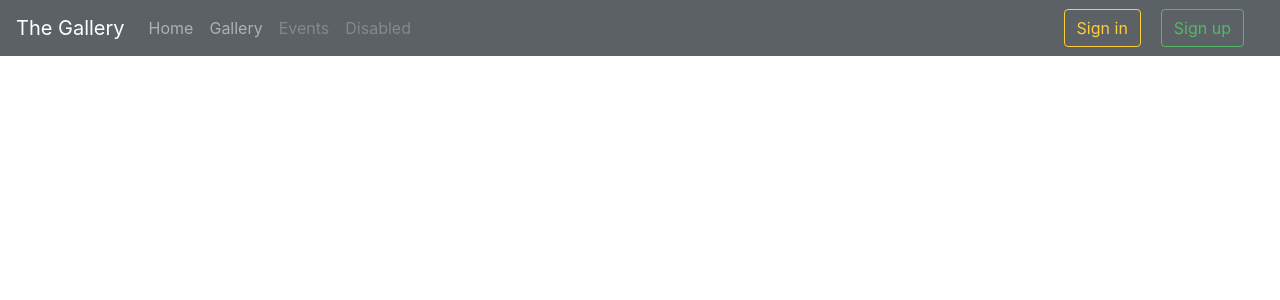
Repository: caramelsyrup/SpringProject1
Page: http://localhost/gallery/resources/includes/header.jsp
An editor plug-in stored every save of this project. The page is shown before and after the next save, followed by the edit.
The browser window is 1280 px wide. The pictures show the whole page.
The page is served by Tomcat 9. Nobody is signed in. The application's start-up code is not run. Other server files are loaded and not shown.

Above is the page before, as saved 2020-11-21 01:47:10.

### gallery/src/main/webapp/resources/includes/header.jsp
<%@ taglib prefix="c" uri="http://java.sun.com/jsp/jstl/core" %>
<!DOCTYPE html>
<html>
<head>
<meta charset="UTF-8">
    <meta charset="utf-8">
    <meta name="viewport" content="width=device-width, initial-scale=1, shrink-to-fit=no">
    <meta name="description" content="">
    <meta name="author" content="Mark Otto, Jacob Thornton, and Bootstrap contributors">
    <meta name="generator" content="Jekyll v4.1.1">
<script src="https://code.jquery.com/jquery-3.5.1.js" integrity="sha256-QWo7LDvxbWT2tbbQ97B53yJnYU3WhH/C8ycbRAkjPDc=" crossorigin="anonymous"></script>
<!-- Latest compiled and minified CSS -->
<link rel="stylesheet" href="https://stackpath.bootstrapcdn.com/bootstrap/4.5.2/css/bootstrap.min.css">
<!-- Latest compiled JavaScript -->
<script src="https://stackpath.bootstrapcdn.com/bootstrap/4.5.2/js/bootstrap.min.js"></script>
</head>
<!-- 최상단 -->
<body class="d-flex flex-column h-100">
    <header>
  <!-- Fixed navbar -->
  <nav class="navbar navbar-expand-md navbar-dark fixed-top bg-dark" style="opacity: 0.8;">
    <a class="navbar-brand" href="/">The Gallery</a>
    <button class="navbar-toggler" type="button" data-toggle="collapse" data-target="#navbarCollapse" aria-controls="navbarCollapse" aria-expanded="false" aria-label="Toggle navigation">
      <span class="navbar-toggler-icon"></span>
    </button>
    <div class="collapse navbar-collapse" id="navbarCollapse">
      <ul class="navbar-nav mr-auto">
        <li class="nav-item">
          <a class="nav-link" href="/">Home <!-- <span class="sr-only">(current)</span> --> </a>
        </li>
        <li class="nav-item">
          <a class="nav-link" href="/gallery/list">Gallery</a>
        </li>
        <c:choose>
	        <c:when test="${member.auth==0}">
	        	<li class="nav-item">
		          <a class="nav-link" href="/events/elist">Events</a>
		        </li>
	        </c:when>
			<c:otherwise>
				<li class="nav-item">
		          <a class="nav-link disabled" href="/events/elist"  aria-disabled="true">Events</a>
		        </li>
			</c:otherwise>
        </c:choose>
        <li class="nav-item">
	        <c:if test="${member.auth==0}">
	          <a class="nav-link" href="/member/memberInfo/${member.username}">Info</a>
	        </c:if>
        </li>
        <li class="nav-item">
          <a class="nav-link disabled" href="#" tabindex="-1" aria-disabled="true">Disabled</a>
        </li>
      </ul>
       <c:choose>
       	<c:when test="${empty member.username}">
       		<a class="btn btn-outline-warning my-2 my-sm-0" href="/member/createMember" style="margin-right: 20px">Sign in</a>
      		<a class="btn btn-outline-success my-2 my-sm-0" href="/customLogin" style="margin-right: 20px">Sign up</a>
      	</c:when>
      	<c:otherwise>
        	<a class="btn btn-outline-success my-2 my-sm-0" href="/customLogout">Logout</a>
        </c:otherwise>
        </c:choose>
    </div>
  </nav>
</header>

After the next save:
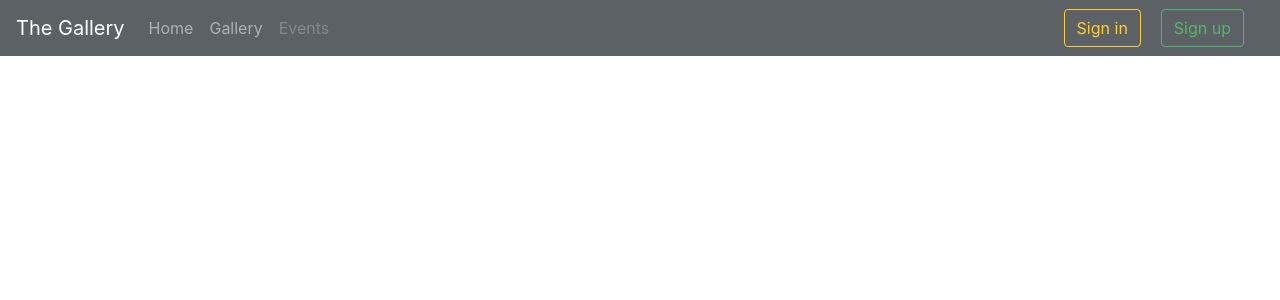
Saved 8 s later.
--- a/gallery/src/main/webapp/resources/includes/header.jsp
+++ b/gallery/src/main/webapp/resources/includes/header.jsp
@@ -48,9 +48,6 @@
 	          <a class="nav-link" href="/member/memberInfo/${member.username}">Info</a>
 	        </c:if>
         </li>
-        <li class="nav-item">
-          <a class="nav-link disabled" href="#" tabindex="-1" aria-disabled="true">Disabled</a>
-        </li>
       </ul>
        <c:choose>
        	<c:when test="${empty member.username}">
